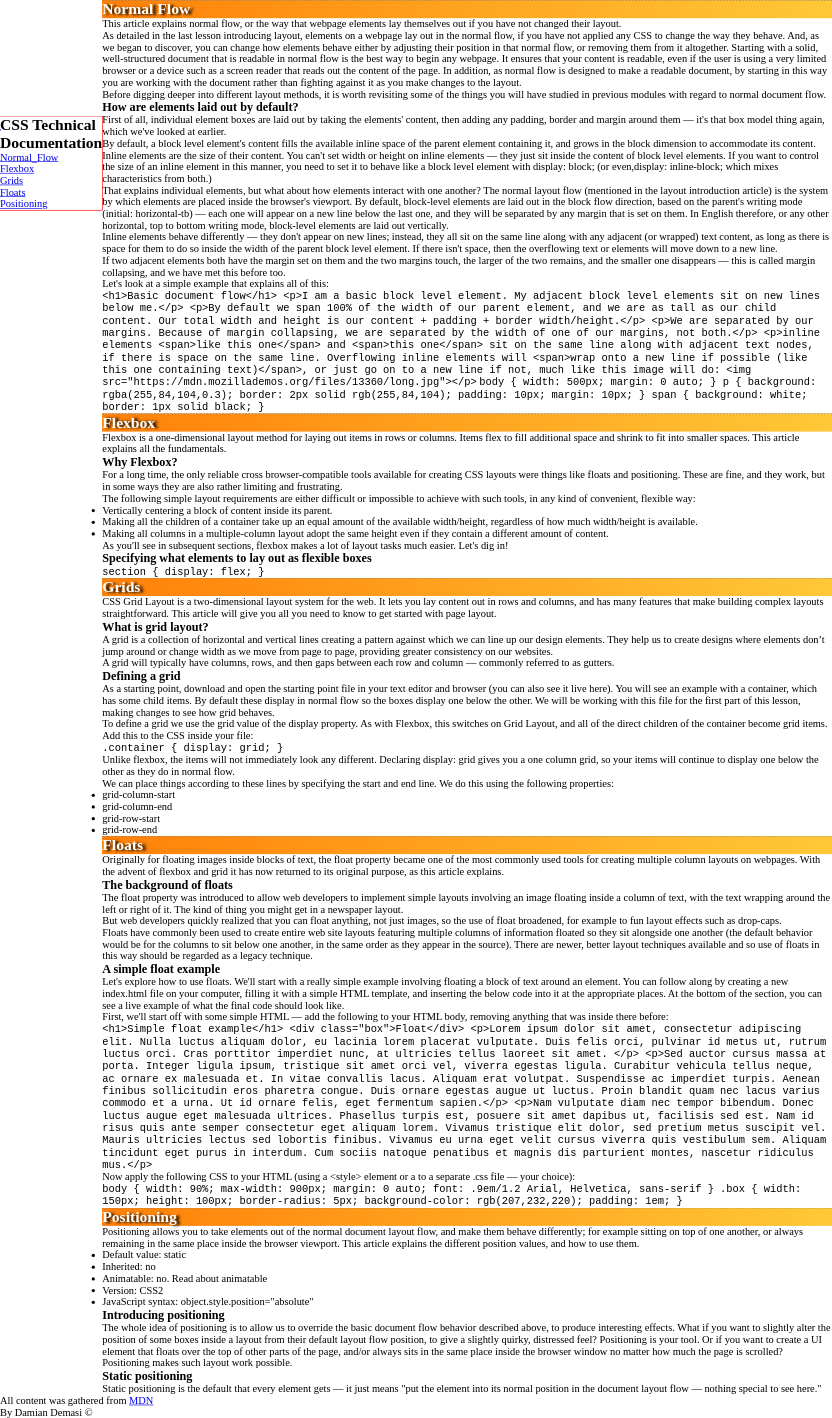
Repository: Colo-Codes/freecodecamp-04-Technical-Documentation-Page
Page: index.html
An editor plug-in stored every save of this project. The page is shown before and after a run of saves, followed by the edit.
The browser window is 1280 px wide. The pictures show the whole page, at 65% of full size.

Above is the page before, as saved 2021-05-21 12:23:28.

### index.html
<!DOCTYPE html>
<html lang="en">

<head>
    <meta charset="UTF-8">
    <meta http-equiv="X-UA-Compatible" content="IE=edge">
    <meta name="viewport" content="width=device-width, initial-scale=1.0">
    <link rel="stylesheet" href="./resources/css/index.css" type="text/css">
    <title>Technical Documentation Page</title>
</head>

<body>
    <div id="flex-container">
        <div id="navbar-margin"></div>
        <header id="navbar-block">
            <nav id="navbar">
                <!-- On the left of screen, fixed (visible) -->
                <header>
                    <h1>CSS Technical Documentation</h1>
                </header>
                <ul>
                    <li><a href="#Normal_Flow" class="nav-link">Normal_Flow</a></li>
                    <li><a href="#Flexbox" class="nav-link">Flexbox</a></li>
                    <li><a href="#Grids" class="nav-link">Grids</a></li>
                    <li><a href="#Floats" class="nav-link">Floats</a></li>
                    <li><a href="#Positioning" class="nav-link">Positioning</a></li>
                </ul>
            </nav>
        </header>
        <main id="main-doc">
            <section class="main-section" id="Normal_Flow">
                <header class="section-header">
                    <h2>Normal Flow</h2>
                </header>
                <p>This article explains normal flow, or the way that webpage elements lay themselves out if you have
                    not
                    changed their
                    layout.</p>
                <p>As detailed in the last lesson introducing layout, elements on a webpage lay out in the normal flow,
                    if
                    you have not
                    applied any CSS to change the way they behave. And, as we began to discover, you can change how
                    elements
                    behave
                    either by adjusting their position in that normal flow, or removing them from it altogether.
                    Starting
                    with a solid,
                    well-structured document that is readable in normal flow is the best way to begin any webpage. It
                    ensures that your
                    content is readable, even if the user is using a very limited browser or a device such as a screen
                    reader that reads
                    out the content of the page. In addition, as normal flow is designed to make a readable document, by
                    starting in
                    this way you are working with the document rather than fighting against it as you make changes to
                    the
                    layout.</p>
                <p>Before digging deeper into different layout methods, it is worth revisiting some of the things you
                    will
                    have studied
                    in previous modules with regard to normal document flow.</p>
                <h3>How are elements laid out by default?</h3>
                <p>First of all, individual element boxes are laid out by taking the elements' content, then adding any
                    padding, border
                    and margin around them — it's that box model thing again, which we've looked at earlier.
                </p>
                <p>By default, a block level element's content fills the available inline space of the parent element
                    containing it,
                    and grows in the block dimension to accommodate its content. Inline elements are the size of their
                    content. You
                    can't set width or height on inline elements — they just sit inside the content of block level
                    elements.
                    If you want
                    to control the size of an inline element in this manner, you need to set it to behave like a block
                    level
                    element
                    with display: block; (or even,display: inline-block; which mixes characteristics from both.)
                </p>
                <p>That explains individual elements, but what about how elements interact with one another? The normal
                    layout flow
                    (mentioned in the layout introduction article) is the system by which elements are placed inside the
                    browser's
                    viewport. By default, block-level elements are laid out in the block flow direction, based on the
                    parent's writing
                    mode (initial: horizontal-tb) — each one will appear on a new line below the last one, and they will
                    be
                    separated by
                    any margin that is set on them. In English therefore, or any other horizontal, top to bottom writing
                    mode,
                    block-level elements are laid out vertically.
                </p>
                <p>Inline elements behave differently — they don't appear on new lines; instead, they all sit on the
                    same
                    line along
                    with any adjacent (or wrapped) text content, as long as there is space for them to do so inside the
                    width of the
                    parent block level element. If there isn't space, then the overflowing text or elements will move
                    down
                    to a new
                    line.
                </p>
                <p>If two adjacent elements both have the margin set on them and the two margins touch, the larger of
                    the
                    two remains,
                    and the smaller one disappears — this is called margin collapsing, and we have met this before too.
                </p>
                <p>Let's look at a simple example that explains all of this:</p>
                <code>&lt;h1&gt;Basic document flow&lt;/h1&gt;

                &lt;p&gt;I am a basic block level element. My adjacent block level elements sit on new lines below me.&lt;/p&gt;

                &lt;p&gt;By default we span 100% of the width of our parent element, and we are as tall as our child content. Our total width and height is our content + padding + border width/height.&lt;/p&gt;

                &lt;p&gt;We are separated by our margins. Because of margin collapsing, we are separated by the width of one of our margins, not both.&lt;/p&gt;

                &lt;p&gt;inline elements &lt;span&gt;like this one&lt;/span&gt; and &lt;span&gt;this one&lt;/span&gt; sit on the same line along with adjacent text nodes, if there is space on the same line. Overflowing inline elements will &lt;span&gt;wrap onto a new line if possible (like this one containing text)&lt;/span&gt;, or just go on to a new line if not, much like this image will do: &lt;img src="https://mdn.mozillademos.org/files/13360/long.jpg"&gt;&lt;/p&gt;</code>
                <code>body {
                width: 500px;
                margin: 0 auto;
              }

              p {
                background: rgba(255,84,104,0.3);
                border: 2px solid rgb(255,84,104);
                padding: 10px;
                margin: 10px;
              }

              span {
                background: white;
                border: 1px solid black;
              }</code>


            </section>

            <section class="main-section" id="Flexbox">
                <header class="section-header">
                    <h2>Flexbox</h2>
                </header>
                <p>Flexbox is a one-dimensional layout method for laying out items in rows or columns. Items flex to
                    fill
                    additional space and shrink to fit into smaller spaces. This article explains all the fundamentals.
                </p>
                <h3>Why Flexbox?</h3>
                <p>For a long time, the only reliable cross browser-compatible tools available for creating CSS layouts
                    were
                    things like floats and positioning. These are fine, and they work, but in some ways they are also
                    rather
                    limiting and frustrating.</p>
                <p>The following simple layout requirements are either difficult or impossible to achieve with such
                    tools,
                    in any kind of convenient, flexible way:</p>
                <ul>
                    <li>Vertically centering a block of content inside its parent.</li>
                    <li>Making all the children of a container take up an equal amount of the available width/height,
                        regardless of how much width/height is available.</li>
                    <li>Making all columns in a multiple-column layout adopt the same height even if they contain a
                        different amount of content.</li>
                </ul>
                <p>As you'll see in subsequent sections, flexbox makes a lot of layout tasks much easier. Let's dig in!
                </p>
                <h3>Specifying what elements to lay out as flexible boxes</h3>
                <code>section {
                display: flex;
              }</code>


            </section>

            <section class="main-section" id="Grids">
                <header class="section-header">
                    <h2>Grids</h2>
                </header>
                <p>CSS Grid Layout is a two-dimensional layout system for the web. It lets you lay content out in rows
                    and
                    columns, and has many features that make building complex layouts straightforward. This article will
                    give you all you need to know to get started with page layout.</p>
                <h3>What is grid layout?</h3>
                <p>A grid is a collection of horizontal and vertical lines creating a pattern against which we can line
                    up
                    our design elements. They help us to create designs where elements don’t jump around or change width
                    as
                    we move from page to page, providing greater consistency on our websites.</p>
                <p>A grid will typically have columns, rows, and then gaps between each row and column — commonly
                    referred
                    to as gutters.</p>
                <h3>Defining a grid</h3>
                <p>As a starting point, download and open the starting point file in your text editor and browser (you
                    can
                    also see it live here). You will see an example with a container, which has some child items. By
                    default
                    these display in normal flow so the boxes display one below the other. We will be working with this
                    file
                    for the first part of this lesson, making changes to see how grid behaves.</p>
                <p>To define a grid we use the grid value of the display property. As with Flexbox, this switches on
                    Grid
                    Layout, and all of the direct children of the container become grid items. Add this to the CSS
                    inside
                    your file:</p>
                <code>.container {
                display: grid;
            }</code>
                <p>Unlike flexbox, the items will not immediately look any different. Declaring display: grid gives you
                    a
                    one column grid, so your items will continue to display one below the other as they do in normal
                    flow.
                </p>
                <p>We can place things according to these lines by specifying the start and end line. We do this using
                    the
                    following properties:</p>
                <ul>
                    <li>grid-column-start</li>
                    <li>grid-column-end</li>
                    <li>grid-row-start</li>
                    <li>grid-row-end</li>
                </ul>

            </section>

            <section class="main-section" id="Floats">
                <header class="section-header">
                    <h2>Floats</h2>
                </header>
                <p>Originally for floating images inside blocks of text, the float property became one of the most
                    commonly
                    used tools for creating multiple column layouts on webpages. With the advent of flexbox and grid it
                    has
                    now returned to its original purpose, as this article explains.</p>
                <h3>The background of floats</h3>
                <p>The float property was introduced to allow web developers to implement simple layouts involving an
                    image
                    floating inside a column of text, with the text wrapping around the left or right of it. The kind of
                    thing you might get in a newspaper layout.</p>
                <p>But web developers quickly realized that you can float anything, not just images, so the use of float
                    broadened, for example to fun layout effects such as drop-caps.</p>
                <p>Floats have commonly been used to create entire web site layouts featuring multiple columns of
                    information floated so they sit alongside one another (the default behavior would be for the columns
                    to
                    sit below one another, in the same order as they appear in the source). There are newer, better
                    layout
                    techniques available and so use of floats in this way should be regarded as a legacy technique.</p>
                <h3>A simple float example</h3>
                <p>Let's explore how to use floats. We'll start with a really simple example involving floating a block
                    of
                    text around an element. You can follow along by creating a new index.html file on your computer,
                    filling
                    it with a simple HTML template, and inserting the below code into it at the appropriate places. At
                    the
                    bottom of the section, you can see a live example of what the final code should look like.</p>
                <p>First, we'll start off with some simple HTML — add the following to your HTML body, removing anything
                    that was inside there before:</p>
                <code>&lt;h1&gt;Simple float example&lt;/h1&gt;

                &lt;div class="box"&gt;Float&lt;/div&gt;

                &lt;p&gt;Lorem ipsum dolor sit amet, consectetur adipiscing elit. Nulla luctus aliquam dolor, eu lacinia lorem placerat vulputate. Duis felis orci, pulvinar id metus ut, rutrum luctus orci. Cras porttitor imperdiet nunc, at ultricies tellus laoreet sit amet. &lt;/p&gt;

                &lt;p&gt;Sed auctor cursus massa at porta. Integer ligula ipsum, tristique sit amet orci vel, viverra egestas ligula. Curabitur vehicula tellus neque, ac ornare ex malesuada et. In vitae convallis lacus. Aliquam erat volutpat. Suspendisse ac imperdiet turpis. Aenean finibus sollicitudin eros pharetra congue. Duis ornare egestas augue ut luctus. Proin blandit quam nec lacus varius commodo et a urna. Ut id ornare felis, eget fermentum sapien.&lt;/p&gt;

                &lt;p&gt;Nam vulputate diam nec tempor bibendum. Donec luctus augue eget malesuada ultrices. Phasellus turpis est, posuere sit amet dapibus ut, facilisis sed est. Nam id risus quis ante semper consectetur eget aliquam lorem. Vivamus tristique elit dolor, sed pretium metus suscipit vel. Mauris ultricies lectus sed lobortis finibus. Vivamus eu urna eget velit cursus viverra quis vestibulum sem. Aliquam tincidunt eget purus in interdum. Cum sociis natoque penatibus et magnis dis parturient montes, nascetur ridiculus mus.&lt;/p&gt;
            </code>
                <p>Now apply the following CSS to your HTML (using a &lt;style&gt; element or a
                    <link> to a separate .css file — your choice):
                </p>
                <code>
                body {
                    width: 90%;
                    max-width: 900px;
                    margin: 0 auto;
                    font: .9em/1.2 Arial, Helvetica, sans-serif
                  }

                  .box {
                    width: 150px;
                    height: 100px;
                    border-radius: 5px;
                    background-color: rgb(207,232,220);
                    padding: 1em;
                  }
                </code>

            </section>

            <section class="main-section" id="Positioning">
                <header class="section-header">
                    <h2>Positioning</h2>
                </header>
                <p>Positioning allows you to take elements out of the normal document layout flow, and make them behave
                    differently; for example sitting on top of one another, or always remaining in the same place inside
                    the
                    browser viewport. This article explains the different position values, and how to use them.</p>
                <ul>
                    <li>Default value: static</li>
                    <li>Inherited: no</li>
                    <li>Animatable: no. Read about animatable</li>
                    <li>Version: CSS2</li>
                    <li>JavaScript syntax: object.style.position="absolute"</li>
                </ul>
                <h3>Introducing positioning</h3>
                <p>The whole idea of positioning is to allow us to override the basic document flow behavior described
                    above, to produce interesting effects. What if you want to slightly alter the position of some boxes
                    inside a layout from their default layout flow position, to give a slightly quirky, distressed feel?
                    Positioning is your tool. Or if you want to create a UI element that floats over the top of other
                    parts
                    of the page, and/or always sits in the same place inside the browser window no matter how much the
                    page
                    is scrolled? Positioning makes such layout work possible.</p>
                <h3>Static positioning</h3>
                <p>Static positioning is the default that every element gets — it just means "put the element into its
                    normal position in the document layout flow — nothing special to see here."</p>
            </section>
        </main>
    </div>
    <footer>
        <p>All content was gathered from <a href="https://developer.mozilla.org/en-US/docs/Learn/CSS/CSS_layout"
                target="_blank">MDN</a></p>
        By Damian Demasi &copy;
    </footer>
</body>

</html>

### resources/css/index.css
/* TODO - My Technical Documentation page should use at least one media query. */

/* Reset */
html {
    box-sizing: border-box;
    font-size: 16px;
}

*, *:before, *:after {
    box-sizing: inherit;
    margin: 0;
    padding: 0;
}

/* Main flexbox */

#flex-container {
    position: relative;
    display: flex;
    /* flex-flow: wrap; */
    /* align-items: flex-start; */
    align-items: baseline;
}
main {
    align-self: flex-start;
}

/* Navbar */

#navbar-margin {
    margin-top: 200px;
    outline: 1px solid blue;
}
#navbar-block {
    position: sticky;
    top: 20px;
    outline: 1px solid red;
    width: 200px;
}

/* Main content */
.section-header {
    position: sticky;
    top: -1px;
    border-top: 1px dashed grey;
    background-image: linear-gradient(to right, #FF8008, #FFC837);
    color: white;
}
.section-header h2 {
    text-shadow: 5px 1px 4px rgba(0, 0, 0, 1);
}

After the next 3 saves:
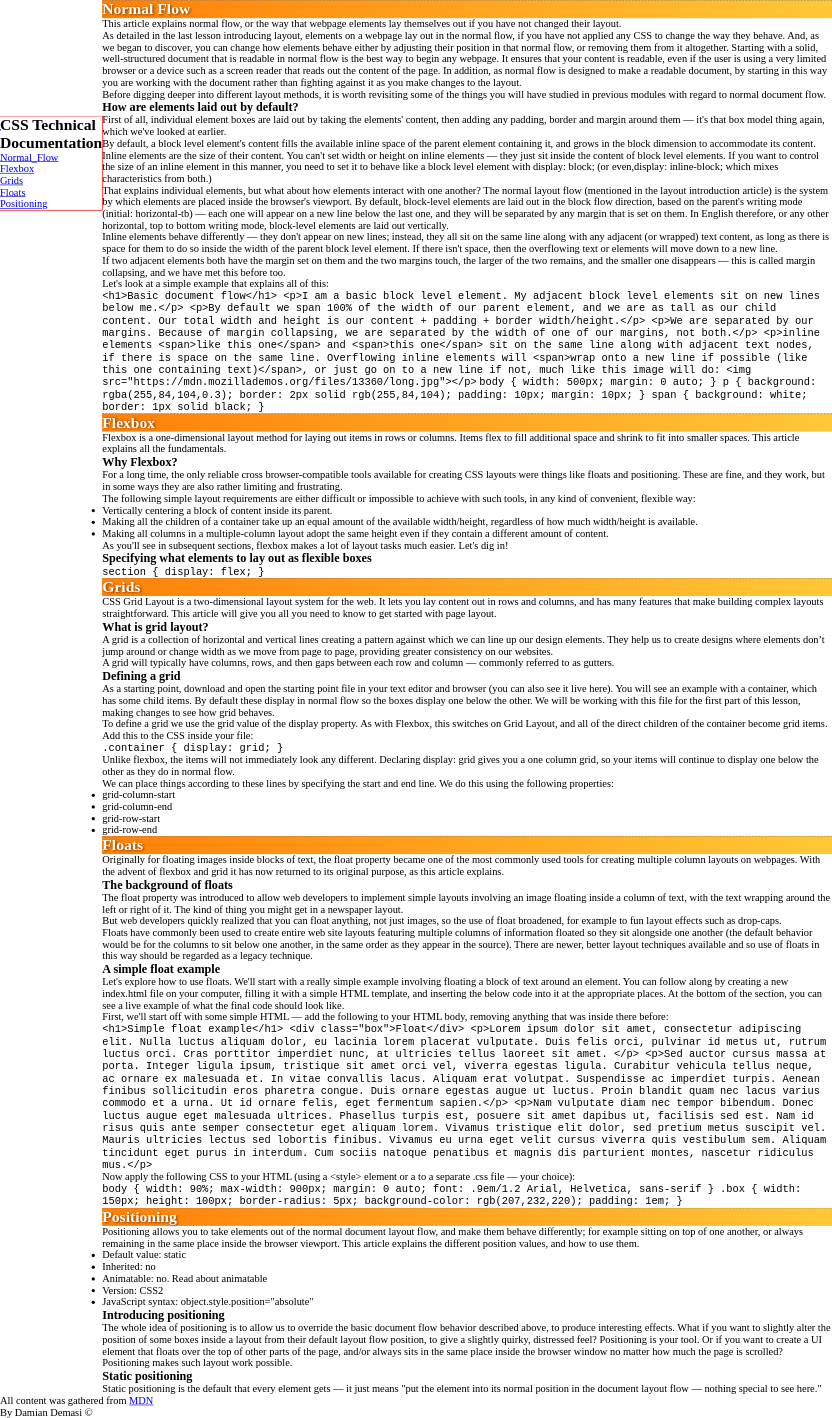
The 3 saves are shown as one change because they came seconds apart.
The last was saved 12 s later.
--- a/resources/css/index.css
+++ b/resources/css/index.css
@@ -47,5 +47,5 @@ main {
     color: white;
 }
 .section-header h2 {
-    text-shadow: 5px 1px 4px rgba(0, 0, 0, 1);
+    text-shadow: 2px 1px 4px rgba(0, 0, 0, .5);
 }
